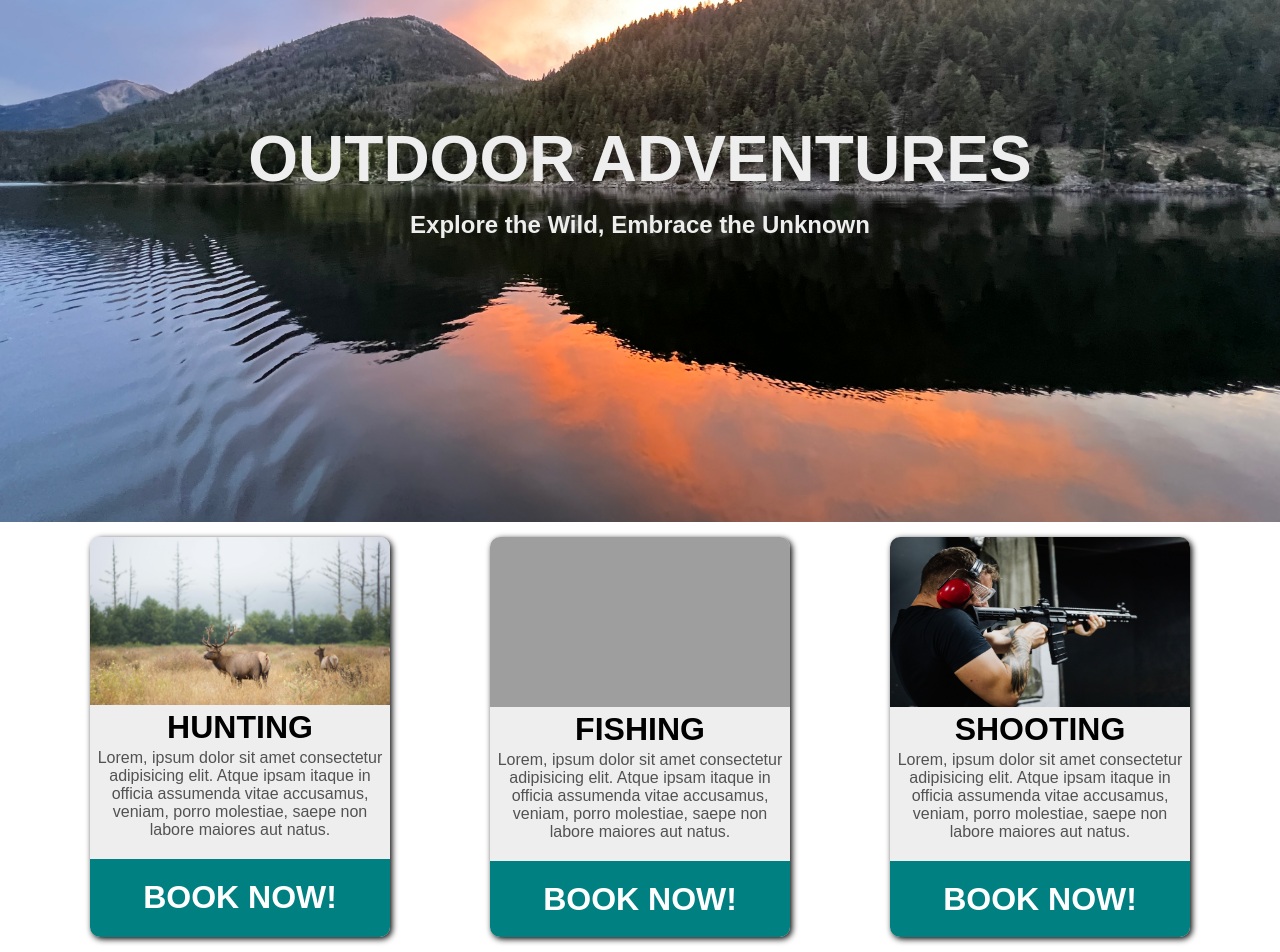
Repository: iforgotmylogin/WebDesignFinal
Page: index.html
These files come from the project's save history. The page is drawn as it stood at one moment and after the next save; the edit follows.
The browser window is 1280 px wide. The pictures show the part of the page from y = 290 to 1242 px (the page is 1242 px tall).
The pointer rests on the first visible `.box`.
Pictures or frames that could not be fetched are drawn as grey boxes. A picture or video elsewhere on the page could not be fetched, so the positions and the page height are approximate.

Above is the page before, as saved 2024-04-07 18:58:06.

### index.html
<!DOCTYPE html>
<html lang="en">
<head>
    <link rel="stylesheet" href="css/global.css">
    <link rel="stylesheet" href="css/navbar.css">
    <link rel="stylesheet" href="css/dropdown.css">
    <link rel="stylesheet" href="https://cdn.jsdelivr.net/npm/aos@2.3.4/dist/aos.css">
    <link rel="stylesheet" href="css/homepage.css">
    <meta http-equiv="X-UA-Compatible" content ="IE=edge">
    <meta charset="UTF-8">
    <meta name="viewport" content="width=device-width, initial-scale=1.0">
    <title>Outdoor Adventures</title>
</head>
<body>
    <header>
        <a href="#"><img src="images/outdoor-adventure-logo-color.png" alt="Logo" class="logo"></a>
       <nav>
        <ul>
            <li>
                <a href="#">About</a>
            </li>
            <li class="dropdown">
                <a href="html/Booking.html">Booking</a>
                <div class="dropdown-content">
                    <a href="#">Hunting</a>
                    <a href="#">Fishing</a>
                    <a href="#">Shooting</a>
                    <a href="#">ATV Rental</a>
                </div>
            </li>
            <li>
                <a href="html/Reviews.html">Reviews</a>
            </li>
            <li>
                <a href="#">Careers</a>
            </li>
            <li>
                <a href="#">Contact</a>
            </li>
        </ul>
    </nav>



    </header>
    <main class="hero_image">
        <h1>Outdoor Adventures</h1>
        <h2>Explore the Wild, Embrace the Unknown</h2>
    </main>

    <div class="container">
        <a  href="#" data-aos="fade-up" class="box hunting">
            <img src="images/HuntingBackdrop.jpg" alt="Image of an Elk">
            <h1>Hunting</h1>
            <p>Lorem, ipsum dolor sit amet consectetur adipisicing elit. Atque ipsam itaque in officia assumenda vitae accusamus, veniam, porro molestiae, saepe non labore maiores aut natus.</p>
            <div class="home-booking-button">
                <h1>Book Now!</h1>
            </div>
        </a>

        <a href="#" data-aos="fade-up" class="box Fishing">
            <img src="images/FishingBackdrop.jpg" alt="Image of an Elk">
            <h1>Fishing</h1>
            <p>Lorem, ipsum dolor sit amet consectetur adipisicing elit. Atque ipsam itaque in officia assumenda vitae accusamus, veniam, porro molestiae, saepe non labore maiores aut natus.</p>
            <div class="home-booking-button">
                <h1>Book Now!</h1>
            </div>
        </a>

        <a href="#" data-aos="fade-up" class="box Shooting">
            <img src="images/ShootingBackdrop.jpg" alt="Image of an Elk">
            <h1>Shooting</h1>
            <p>Lorem, ipsum dolor sit amet consectetur adipisicing elit. Atque ipsam itaque in officia assumenda vitae accusamus, veniam, porro molestiae, saepe non labore maiores aut natus.</p>
            <div class="home-booking-button">
                <h1>Book Now!</h1>
            </div>
        </a>
    </div>



    <!-- Use <div data-aos="fade-up"><div> for really cool animations that use this java script!! -->
    <script src="https://cdn.jsdelivr.net/npm/aos@2.3.4/dist/aos.js"></script>
    <script>
      AOS.init();
    </script>
</body>
</html>

### css/global.css
*{
    font-family: Arial, Helvetica, sans-serif;
}
.hero_image{
    position: absolute;
    z-index: 1;
    margin: 0 auto;
    justify-content: center;
    top: 0px;
    padding: 50px;
    height: 600px;
    position: relative;
    background-image: url("../images/IMG_0679.jpeg");
    background-size: cover;
    background-position: center;
}

.hero_image h1{
    font-size: 400%;
    color: #eee;
    text-transform: uppercase;
    text-align: center;
    margin: 250px 0 auto;
}

.hero_image h2{
    margin: 15px 0 auto;
    text-align: uppercase;
    text-align: center;
    color:#eee;
}

h1.global{
    text-align: center;
}

#usrReview_1{
    outline: 2px solid red; /*This is for "debugging" where the div is and how it's behaving*/

    padding: 30px;
}

#userPfp{
    float: left;
    max-width: 90%;
    width: 200px;
    margin-right: 10px; /* adds some spacing between the image and the text*/

}

### css/navbar.css
body{
    margin:0px;
}


header{
    display: flex;
    justify-content: space-between;
    background-color: #eee;
    border-bottom: 5px white;
    box-shadow: 0 0 5px rgba(0,0,0,.2);
}

header .logo{
    height: 100px;
    padding:4px;
}

header nav{
    display: flex;
    align-items: center;
}
header nav ul{
    margin: 0px;
    padding: 0px;
    text-align: right;
    display: flex;
    width: 100%;
    justify-content: end;
}
header nav ul li{
    list-style-type: none;
}

header nav ul li a{
  text-decoration: none;
  color: #666;
  font-weight: bold;
  font-size:15px;
  text-transform:uppercase;
  font-family:Helvetica, sans-serif;
  padding:49px 30px;
  transition: all .3s linear;
}
header nav ul li a:hover{
    background-color:teal;
    color:white;
}

header nav ul li a.active{
    background-color: burlywood;
}

### css/dropdown.css
.dropbtn {
    background-color: #eee;
    color: white;
    padding: 16px;
    font-size: 16px;
    border: none;
  }

  .dropdown {
    align-items: center;
    display: inline-block;
  }

  .dropdown-content {
    display: none;
    position:absolute;
    background-color: #eee;
    min-width: 136px;
    box-shadow: 0px 8px 16px 0px rgba(0,0,0,0.2);
    z-index: 1;
    top: 14%;
    z-index: 2; /* Makes the dropdown menu appear over the hero image */
  }

  /* Links inside the dropdown */
  .dropdown-content a {
    color: black;
    padding: 12px 16px;
    text-decoration: none;
    text-align: center;
    display: block;
  }

  .dropdown-content a:hover {background-color: teal;}

  .dropdown:hover .dropdown-content {display: block;}

  .dropdown:hover .dropbtn {background-color: teal;}

### css/homepage.css
*{
    margin:0;
    padding:0;
}
.container{
    position:relative;
    width: 100%;
    height: auto;
    display: flex;
    flex-direction: row;
    justify-content: center;
}
.box{
    position: relative;
    width: 300px;
    height: 400px;
    background:#eee;
    text-align: center;
    margin: 15px;
    box-sizing: border-box;
    overflow: hidden;
    margin-left: 50px;
    margin-right: 50px;
    border-radius: 10px;
}
.container a{
    text-decoration: none;
    color:black;
    box-shadow: 2px 2px 6px black;
}
.box:hover{

}
.box img{
    width: 100%;
}
.box h1{
    padding-bottom: 3px;
    text-transform: uppercase;
}
.box p{
    padding-bottom: 20px;
    color: #525252;
}
.home-booking-button{
    padding-top: 15px;
    padding-bottom: 20px;
    background-color: teal;
}
.home-booking-button h1{
    padding-top:5px;
    color:white;
}
.Fishing img{
    height: 170px;
}
.Shooting img{
    height: 170px
}

After the next save:
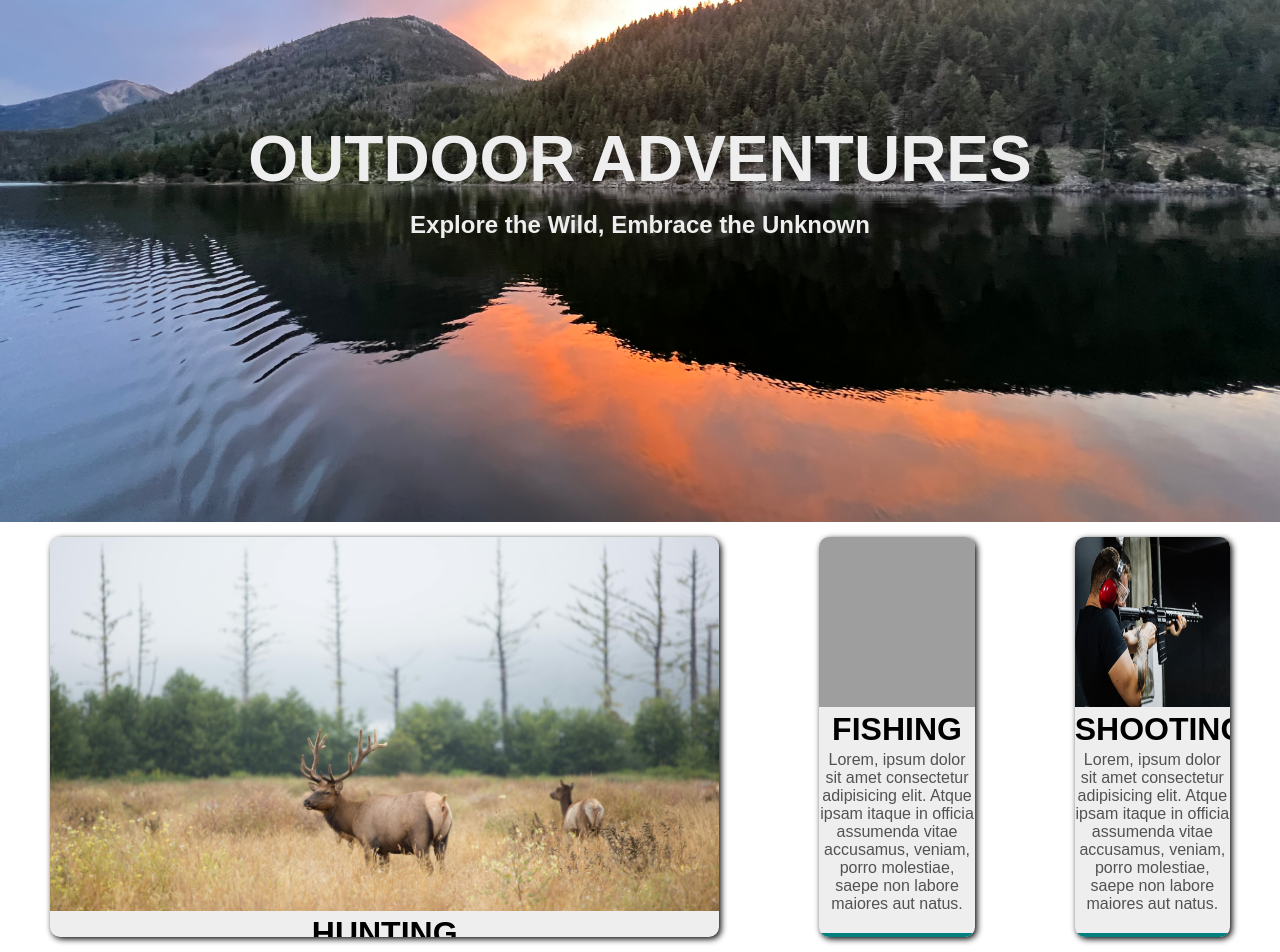
Saved 32 s later.
--- a/css/homepage.css
+++ b/css/homepage.css
@@ -29,7 +29,7 @@
     box-shadow: 2px 2px 6px black;
 }
 .box:hover{
-
+    width: 101%;
 }
 .box img{
     width: 100%;

After the save that followed:
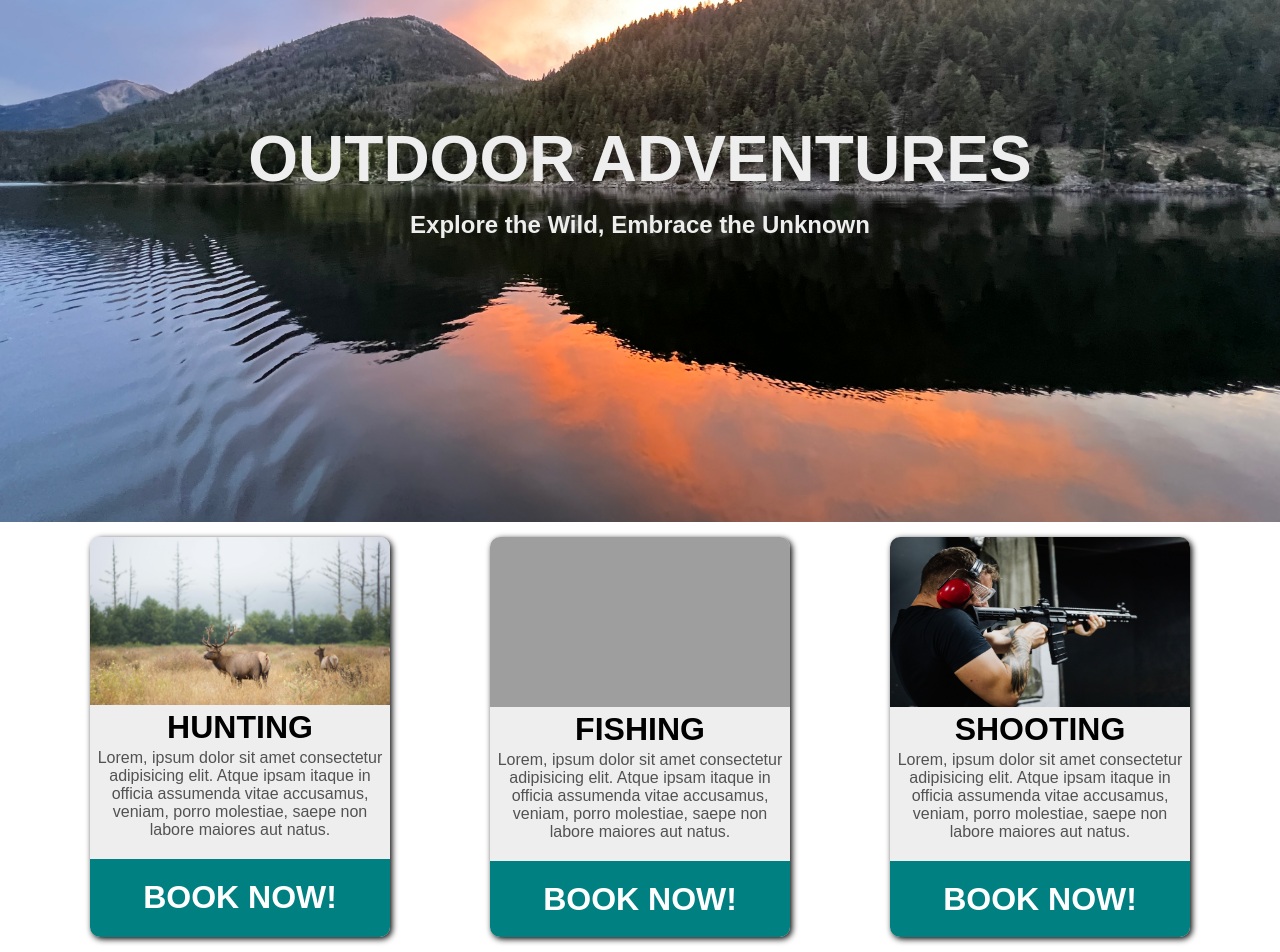
Saved 40 s later.
--- a/css/homepage.css
+++ b/css/homepage.css
@@ -29,7 +29,7 @@
     box-shadow: 2px 2px 6px black;
 }
 .box:hover{
-    width: 101%;
+
 }
 .box img{
     width: 100%;
